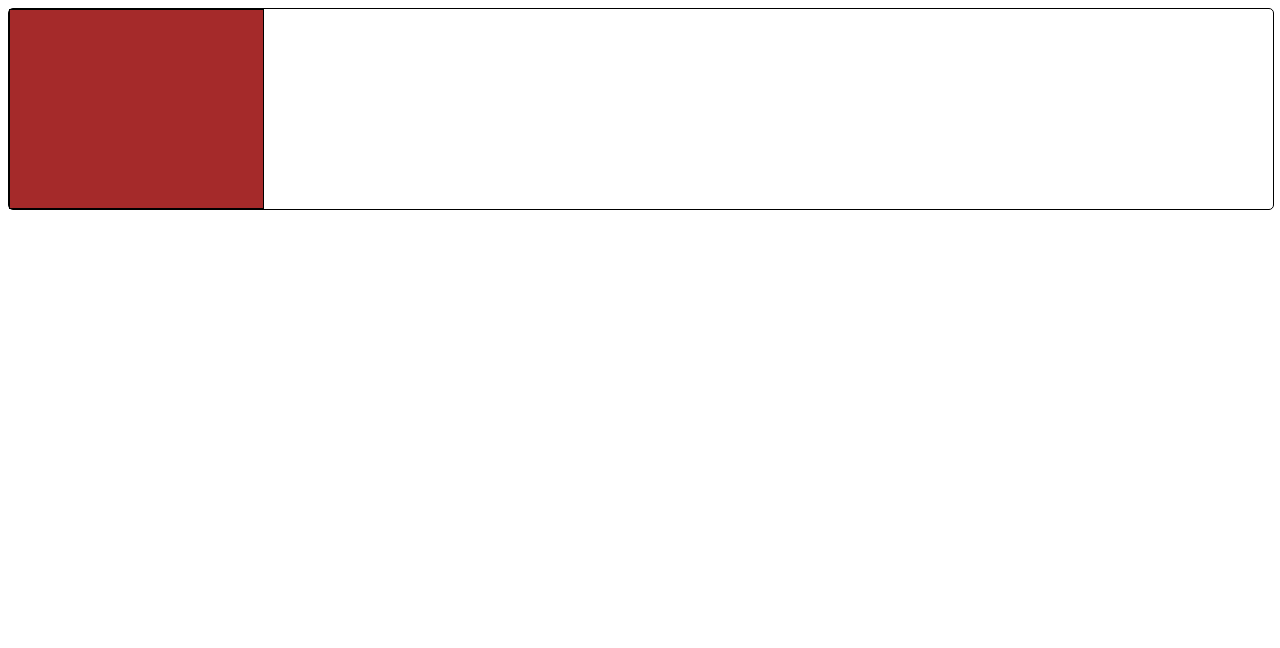
Repository: ozielms/flexbox
Page: outros/flexbox-master/index.html
The author's editor kept a copy of each file at every save. The page is drawn from the files as they stood at one save, then again after the next save.
The browser window is 1280 px wide. The pictures show the whole page.

Above is the page before, as saved 2022-04-23 03:53:25.

### outros/flexbox-master/index.html
<!DOCTYPE html>
<html lang="en">

<head>
    <meta charset="UTF-8">
    <meta http-equiv="X-UA-Compatible" content="IE=edge">
    <meta name="viewport" content="width=device-width, initial-scale=1.0">
    <title>Flexbox</title>

    <link rel="stylesheet" href="css/estilo.css">
</head>

<body>

    <div class="pai">
        <div class="filho1"></div>
        <div class="filho2"></div>
        <div class="filho3"></div>
    </div>

</body>

</html>

### outros/flexbox-master/css/estilo.css
.pai {
    width: 100%;
    height: 200px;
    border: 1px solid black;
    border-radius: 5px;
}

.filho1 {
    width: 20%;
    height: 99%;
    background-color: brown;
    border: 1px solid black;
}

.filho2 {}

.filho3 {}

After the next save:
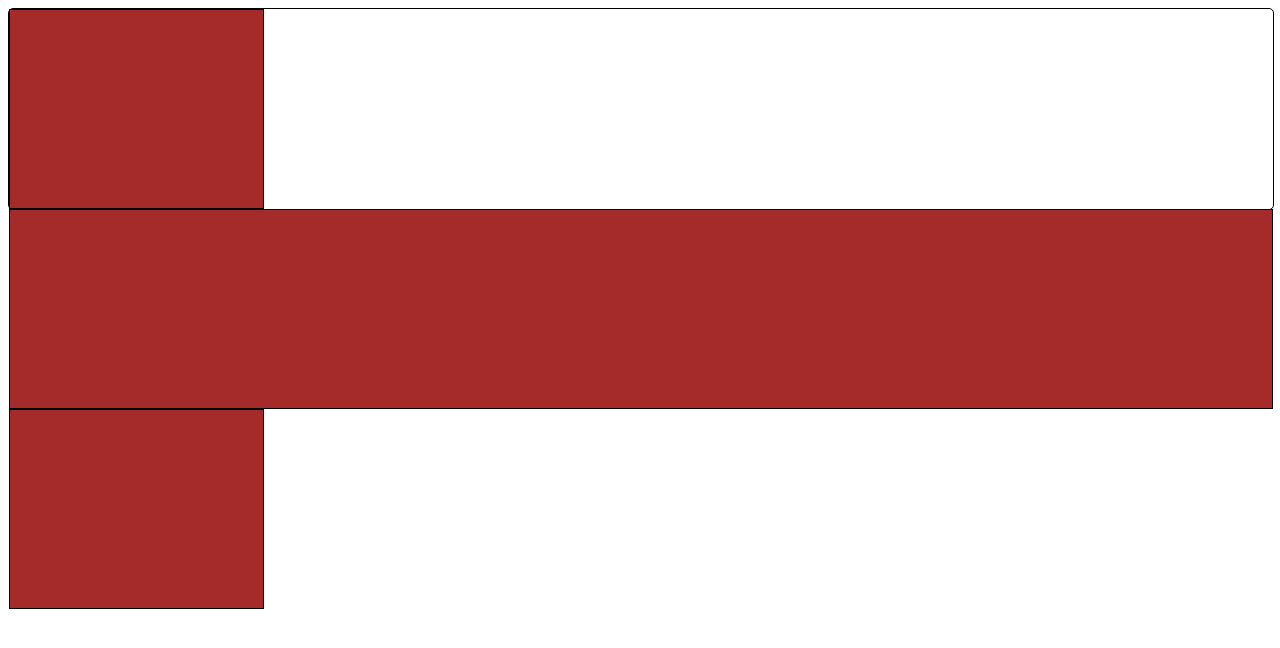
Saved 42 s later.
--- a/outros/flexbox-master/css/estilo.css
+++ b/outros/flexbox-master/css/estilo.css
@@ -12,6 +12,16 @@
     border: 1px solid black;
 }
 
-.filho2 {}
+.filho2 {
+    ] width: 20%;
+    height: 99%;
+    background-color: brown;
+    border: 1px solid black;
+}
 
-.filho3 {}
+.filho3 {
+    width: 20%;
+    height: 99%;
+    background-color: brown;
+    border: 1px solid black;
+}
